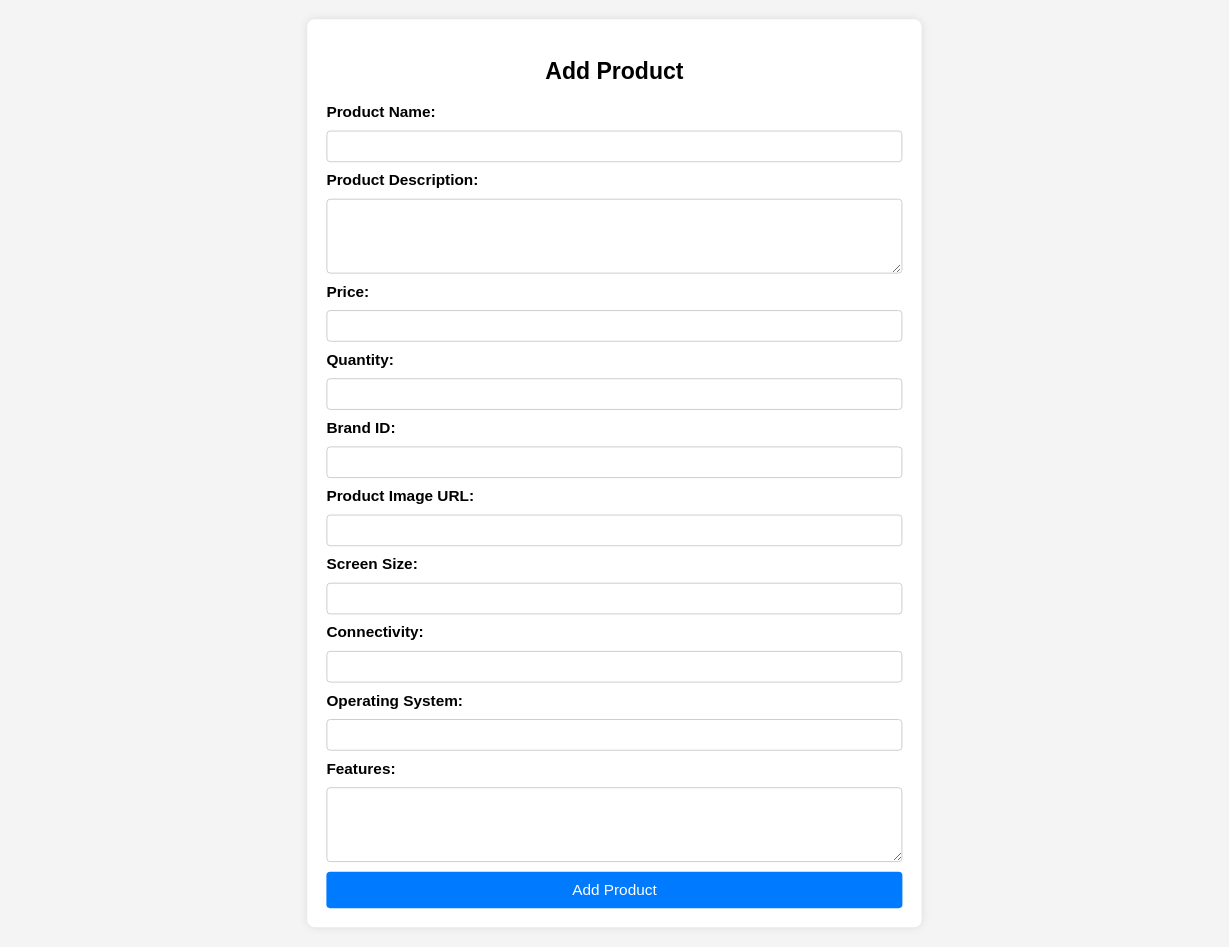
Repository: happy-kitty0821/TimizStore
Page: http://localhost/TimZyStore/pages/AddProducts.jsp
The author's editor kept a copy of each file at every save. The page is drawn from the files as they stood at one save, then again after the next save.
The browser window is 1280 px wide. The pictures show the whole page, at 96% of full size.
The page is served by Tomcat 9. Other server files are loaded and not shown.

Above is the page before, as saved 2024-05-02 15:52:57.

### TimZyStore/src/main/webapp/pages/AddProducts.jsp
<%@ page language="java" contentType="text/html; charset=ISO-8859-1"
    pageEncoding="ISO-8859-1"%>
<!DOCTYPE html>
<html lang="en">
<head>
    <meta charset="UTF-8">
    <meta name="viewport" content="width=device-width, initial-scale=1.0">
    <title>Add Product</title>
    <style>
        body {
            font-family: Arial, sans-serif;
            background-color: #f4f4f4;
            margin: 0;
            padding: 0;
        }
        .container {
            max-width: 600px;
            margin: 20px auto;
            padding: 20px;
            background-color: #fff;
            border-radius: 8px;
            box-shadow: 0 0 10px rgba(0, 0, 0, 0.1);
        }
        h2 {
            text-align: center;
            margin-bottom: 20px;
        }
        form {
            display: grid;
            grid-gap: 10px;
        }
        label {
            font-weight: bold;
        }
        input[type="text"], input[type="number"], textarea {
            width: 100%;
            padding: 8px;
            border: 1px solid #ccc;
            border-radius: 4px;
            box-sizing: border-box;
        }
        input[type="submit"] {
            width: auto;
            padding: 10px 20px;
            background-color: #007bff;
            color: #fff;
            border: none;
            border-radius: 4px;
            cursor: pointer;
            font-size: 16px;
        }
        input[type="submit"]:hover {
            background-color: #0056b3;
        }
    </style>
</head>
<body>
    <div class="container">
        <h2>Add Product</h2>
        <form action="add_product.php" method="POST">
            <label for="productName">Product Name:</label>
            <input type="text" id="productName" name="productName" required>

            <label for="productDescription">Product Description:</label>
            <textarea id="productDescription" name="productDescription" rows="4"></textarea>

            <label for="price">Price:</label>
            <input type="number" id="price" name="price" min="0" step="0.01" required>

            <label for="quantity">Quantity:</label>
            <input type="number" id="quantity" name="quantity" min="0" required>

            <label for="brandId">Brand ID:</label>
            <input type="number" id="brandId" name="brandId" min="0">

            <label for="productImage">Product Image URL:</label>
            <input type="text" id="productImage" name="productImage">

            <label for="screenSize">Screen Size:</label>
            <input type="number" id="screenSize" name="screenSize" min="0" step="0.01">

            <label for="connectivity">Connectivity:</label>
            <input type="text" id="connectivity" name="connectivity">

            <label for="os">Operating System:</label>
            <input type="text" id="os" name="os">

            <label for="features">Features:</label>
            <textarea id="features" name="features" rows="4"></textarea>

            <input type="submit" value="Add Product">
        </form>
    </div>
</body>
</html>

After the next save:
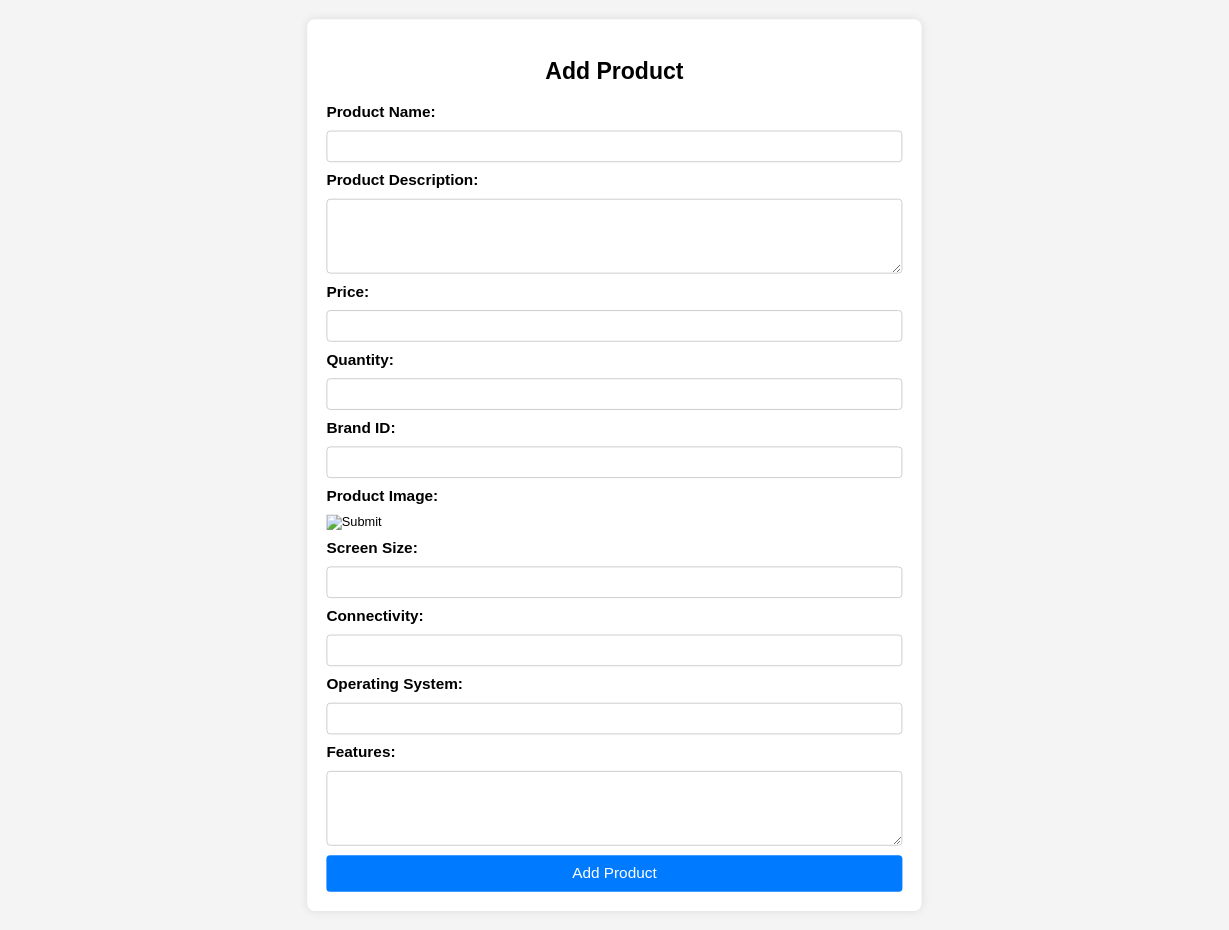
Saved 64 s later.
--- a/TimZyStore/src/main/webapp/pages/AddProducts.jsp
+++ b/TimZyStore/src/main/webapp/pages/AddProducts.jsp
@@ -73,8 +73,8 @@
             <label for="brandId">Brand ID:</label>
             <input type="number" id="brandId" name="brandId" min="0">
 
-            <label for="productImage">Product Image URL:</label>
-            <input type="text" id="productImage" name="productImage">
+            <label for="productImage">Product Image:</label>
+            <input type="image" id="productImage" name="productImage">
 
             <label for="screenSize">Screen Size:</label>
             <input type="number" id="screenSize" name="screenSize" min="0" step="0.01">
